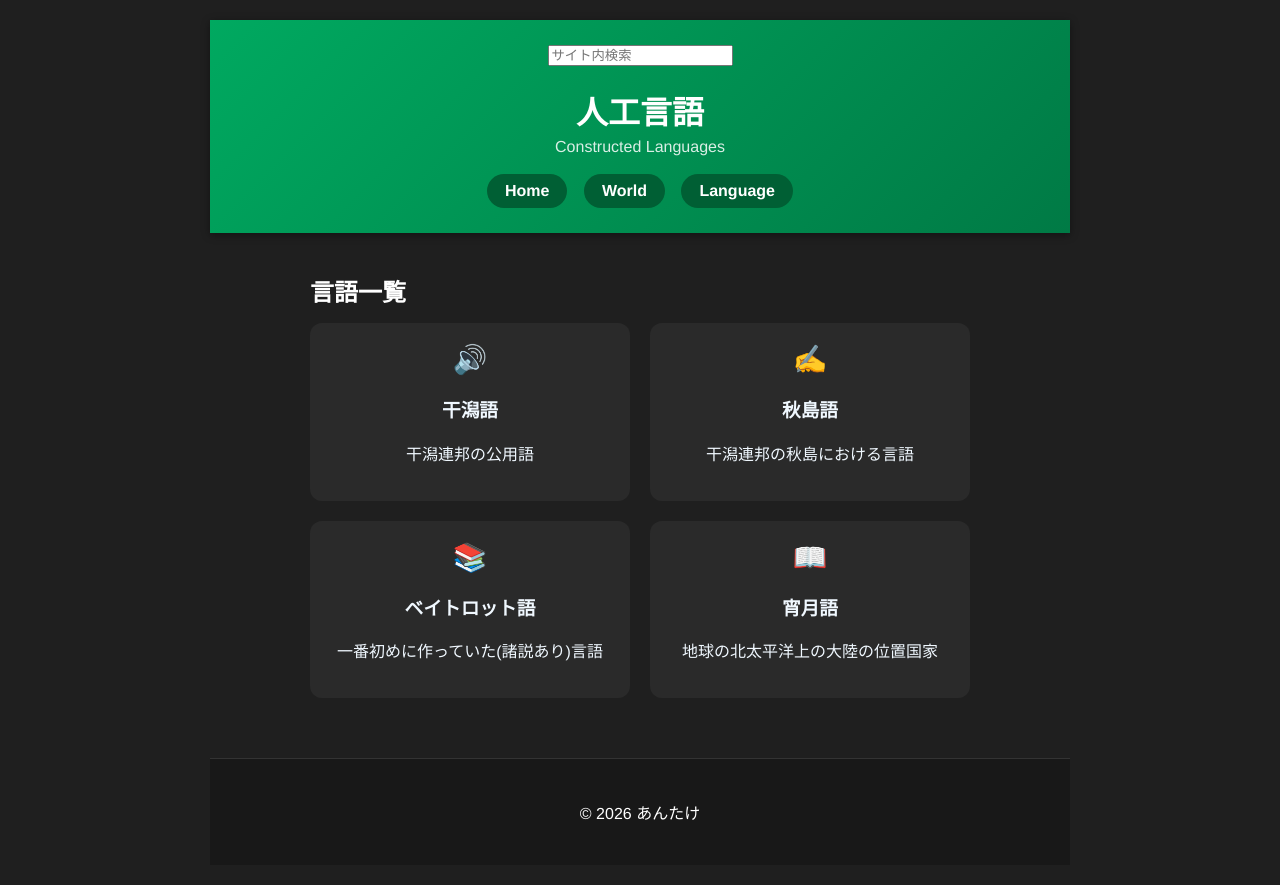
Repository: Player5270-antake/Player5270-antake.github.io
Page: language/index.html
The author's editor kept a copy of each file at every save. The page is drawn from the files as they stood at one save, then again after the next save.
The browser window is 1280 px wide. The pictures show the whole page.

Above is the page before, as saved 2026-03-08 21:39:06.

### language/index.html
<!DOCTYPE html>
<html lang="ja">
<head>
    <meta charset="UTF-8">
    <meta name="viewport" content="width=device-width, initial-scale=1.0">
    <title>人工言語 | あんたけのガレージセンター</title>
    <link rel="stylesheet" href="../css/base.css">
    <link rel="stylesheet" href="../css/layout.css">
    <link rel="stylesheet" href="../css/header.css">
    <link rel="stylesheet" href="../css/mainpage.css">
</head>

<body>
    <div class="container">
        <header>
            <div class="search-box">
                <input type="text" id="searchInput" placeholder="サイト内検索">
                <div id="searchResults"></div>
            </div>
            <h1>人工言語</h1>
            <p>Constructed Languages</p>
            <nav>
                <a href="../">Home</a>
                <a href="../world/">World</a>
                <a href="index.html">Language</a>
            </nav>
        </header>
        <main>
            <h2>言語一覧</h2>
            <div class="cards">
            <a href="hagalen/" class="card">
                <div class="card-icon">🔊</div>
                <h3>干潟語</h3>
                <p>干潟連邦の公用語</p>
            </a>
            <a href="akshalen/" class="card">
                <div class="card-icon">✍️</div>
                <h3>秋島語</h3>
                <p>干潟連邦の秋島における言語</p>
            </a>
            <a href="beytrotten/" class="card">
                <div class="card-icon">📚</div>
                <h3>ベイトロット語</h3>
                <p>一番初めに作っていた(諸説あり)言語</p>
            </a>
            <a href="yoizkel/" class="card">
                <div class="card-icon">📖</div>
                <h3>宵月語</h3>
                <p>地球の北太平洋上の大陸の位置国家</p>
            </a>
        </div>
        </main>
        <footer>
            <p>© 2026 あんたけ</p>
        </footer>
    </div>
    <script src="../javascript/main.js" defer></script>
</body>
</html>

### css/base.css
/* リセット・基本 */
*{
    box-sizing:border-box;
}

body{
    background-color:#1f1f1f;
    color:white;
    font-family:'Helvetica Neue','Helvetica','Arial',sans-serif;
    margin:0;
}

html{
    scroll-behavior:smooth;
}

.container{
    max-width:900px;
    margin:0 auto;
    padding:20px;
}

/* 見出し */
h2{
    margin-bottom:10px;
}

/* セクション */
section{
    margin-bottom:30px;
}

### css/layout.css
/* メイン */
main{
    padding:20px;
    margin-top:20px;
    max-width:700px;
    margin:auto;
}

/* フッター */
footer{
    margin-top:40px;
    padding:25px;
    text-align:center;
    background:#181818;
    border-top:1px solid #333;
}

.footer-nav{
    margin-top:10px;
}

.footer-nav a{
    text-decoration:none;
    color:#aaa;
    margin:0 10px;
}

.footer-nav a:hover{
    color:white;
}

/* スクロールバー */
.progress-bar{
    position:fixed;
    top:0;
    left:0;
    width:100%;
    height:4px;
    background:#2a2a2a;
    z-index:2000;
}

.progress{
    height:100%;
    width:0%;
    background:#4a90e2;
    transition:width 0.1s;
}

### css/header.css
header{
    background:linear-gradient(135deg,#00a960,#007a45);
    padding:25px;
    text-align:center;
    z-index:1000;
    box-shadow:0 2px 8px rgba(0,0,0,0.4);
}

header h1{
    margin-bottom:5px;
    font-size:32px;
}

header p{
    margin-top:0;
    opacity:0.85;
}

/* ナビ */
nav{
    margin-top:18px;
}

nav a{
    text-decoration:none;
    color:white;
    background-color:#005f34;
    padding:8px 18px;
    margin:0 6px;
    border-radius:20px;
    font-weight:bold;
    display:inline-block;
}

nav a:hover{
    background-color:#004d2b;
    transform:translateY(-2px);
}

### css/mainpage.css
/* ヘッダー追従 */
header{
    position:sticky;
    top:0;
}

/* お知らせ */
.news-list{
    list-style:none;
    padding:0;
    margin-top:10px;
}

.news-list li{
    background:#2a2a2a;
    padding:12px 15px;
    border-radius:8px;
    margin-bottom:10px;
}

/* カードUI */
.cards{
    display:grid;
    grid-template-columns:repeat(auto-fit,minmax(250px,1fr));
    gap:20px;
    margin-top:15px;
}

.card{
    display:block;
    background:#2a2a2a;
    padding:20px;
    border-radius:12px;
    text-decoration:none;
    color:aliceblue;
    transition:transform 0.2s, background 0.2s;
    text-align:center;
}

.card:hover{
    background:#333;
    transform:translateY(-3px);
    box-shadow:0 6px 18px rgba(0,0,0,0.4);
}

.card-icon{
    font-size:28px;
    margin-bottom:8px;
}

### javascript/main.js
const sections = document.querySelectorAll("section");

const observer = new IntersectionObserver(entries => {

entries.forEach(entry => {

if(entry.isIntersecting){

const id = entry.target.getAttribute("id");

highlightToc(id);

}

});

},{
rootMargin: "-40% 0px -55% 0px"
});

sections.forEach(section=>{
observer.observe(section);
});

After the next save:
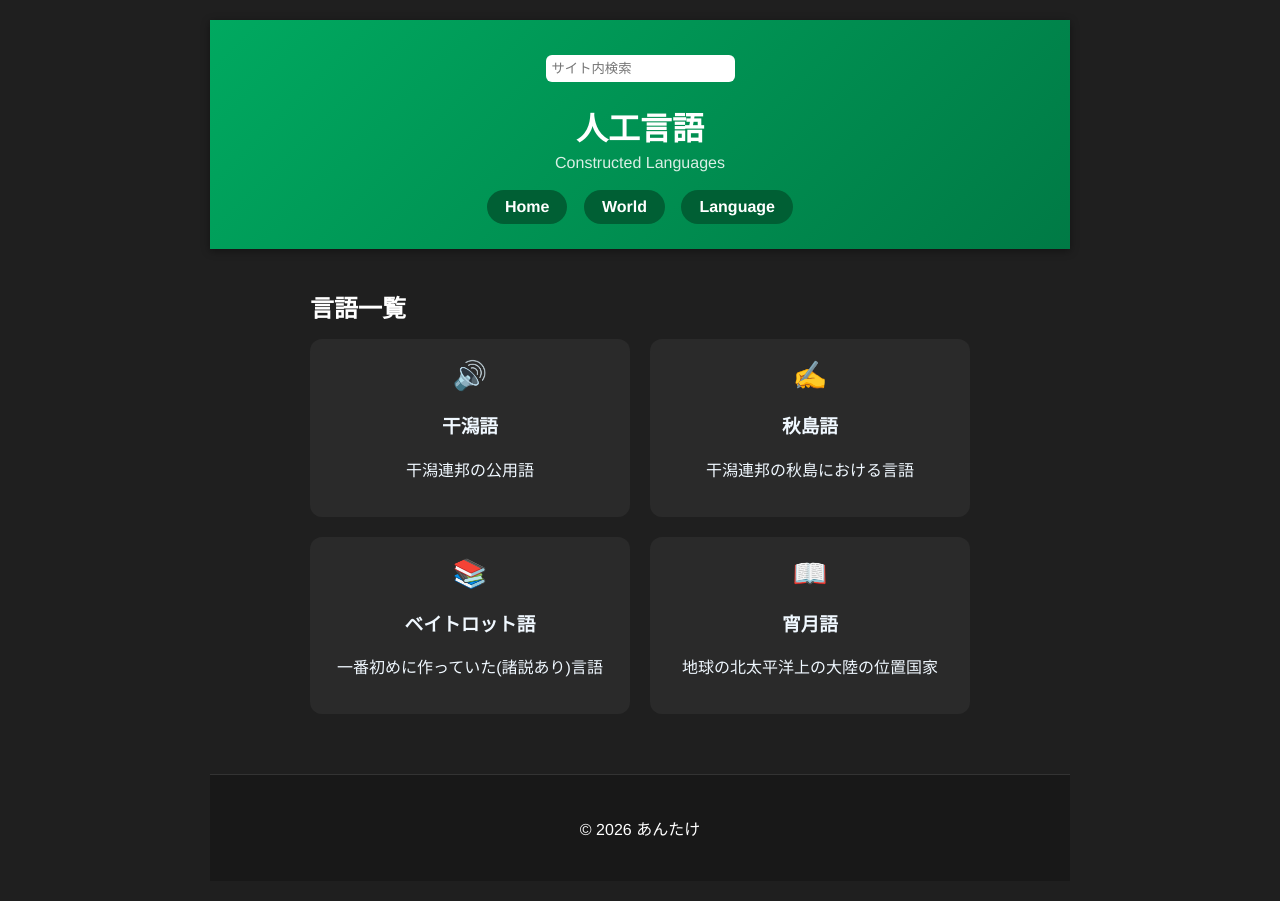
Saved 86 s later.
--- a/css/base.css
+++ b/css/base.css
@@ -29,3 +29,32 @@ h2{
 section{
     margin-bottom:30px;
 }
+
+/*検索ボックス*/
+.search-box{
+    position:relative;
+    margin-top:10px;
+}
+
+#searchInput{
+    padding:6px;
+    border-radius:6px;
+    border:none;
+}
+
+#searchResults{
+    position:absolute;
+    background:#2a2a2a;
+    width:200px;
+    border-radius:6px;
+    margin-top:4px;
+}
+
+#searchResults div{
+    padding:6px;
+}
+
+#searchResults a{
+    color:white;
+    text-decoration:none;
+}
